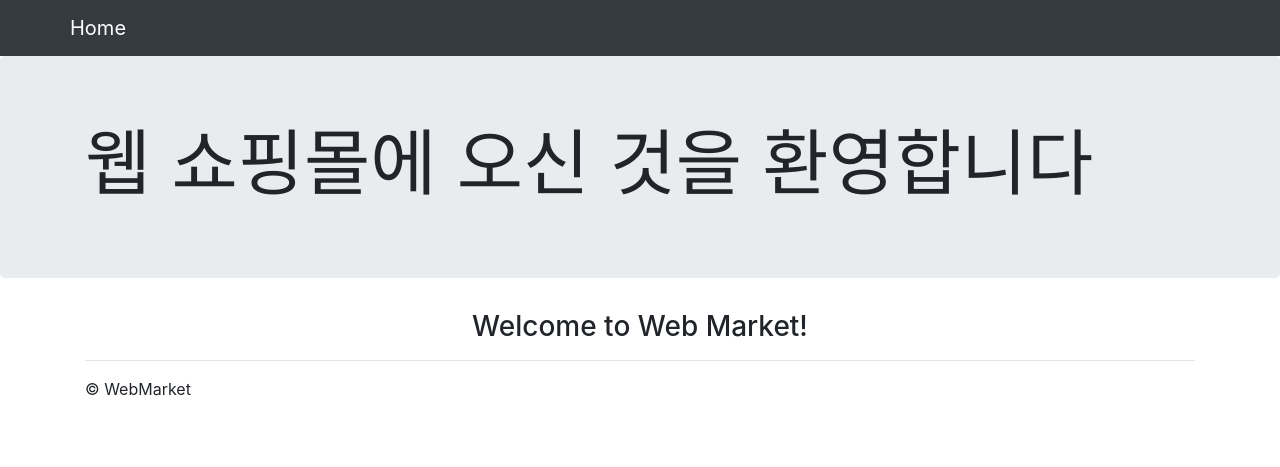
Repository: CheolHo-0428/JSP-Web-Programming
Page: http://localhost/WebMarket/welcome.jsp
These files come from the project's save history. The page is drawn as it stood at one moment and after the next save; the edit follows.
The browser window is 1280 px wide. The pictures show the whole page.
The page is served by Tomcat 9.

Above is the page before, as saved 2021-05-08 06:44:09.

After the next save:
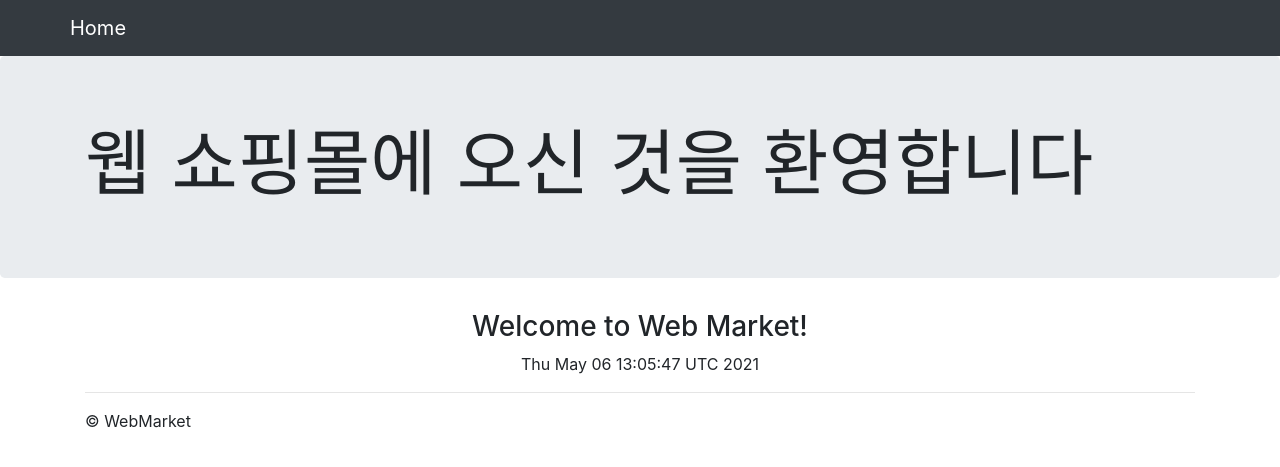
Saved 2 min 11 s later.
--- a/WebMarket/src/main/webapp/welcome.jsp
+++ b/WebMarket/src/main/webapp/welcome.jsp
@@ -1,5 +1,6 @@
 <%@ page language="java" contentType="text/html; charset=UTF-8"
     pageEncoding="UTF-8"%>
+<%@ page import="java.util.Date" %>
 <!DOCTYPE html>
 <html>
 <head>
@@ -31,6 +32,7 @@
 	<div class = "container">
 		<div class = "text-center">
 			<h3><%= tagline %></h3>
+			<p><%=new Date()%></p>
 		</div>
 		<hr>
 	</div>

After the save that followed:
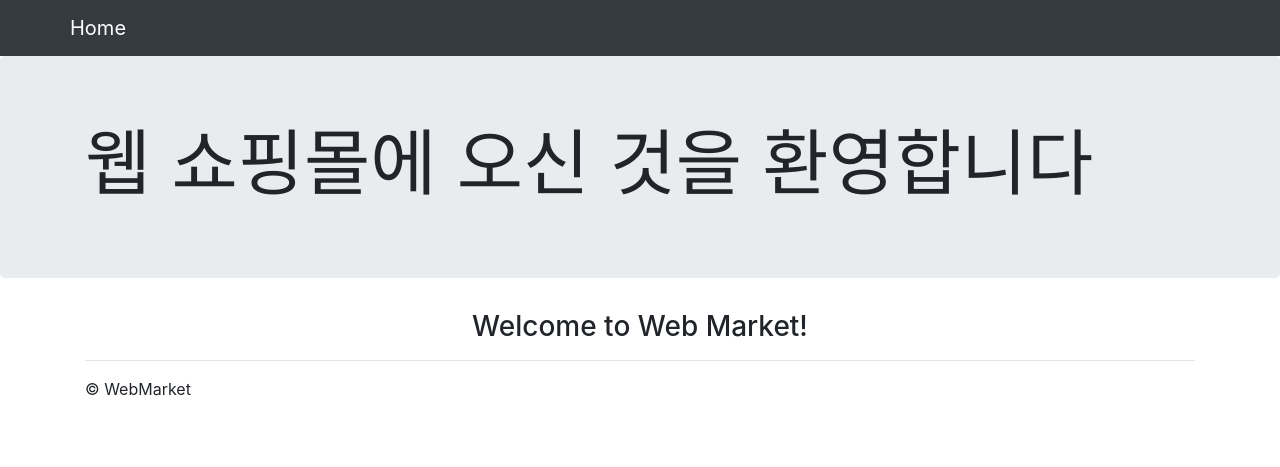
Saved 98 s later.
--- a/WebMarket/src/main/webapp/welcome.jsp
+++ b/WebMarket/src/main/webapp/welcome.jsp
@@ -32,7 +32,11 @@
 	<div class = "container">
 		<div class = "text-center">
 			<h3><%= tagline %></h3>
-			<p><%=new Date()%></p>
+			<p>
+				<%
+					new Date();
+				%>
+			</p>
 		</div>
 		<hr>
 	</div>
